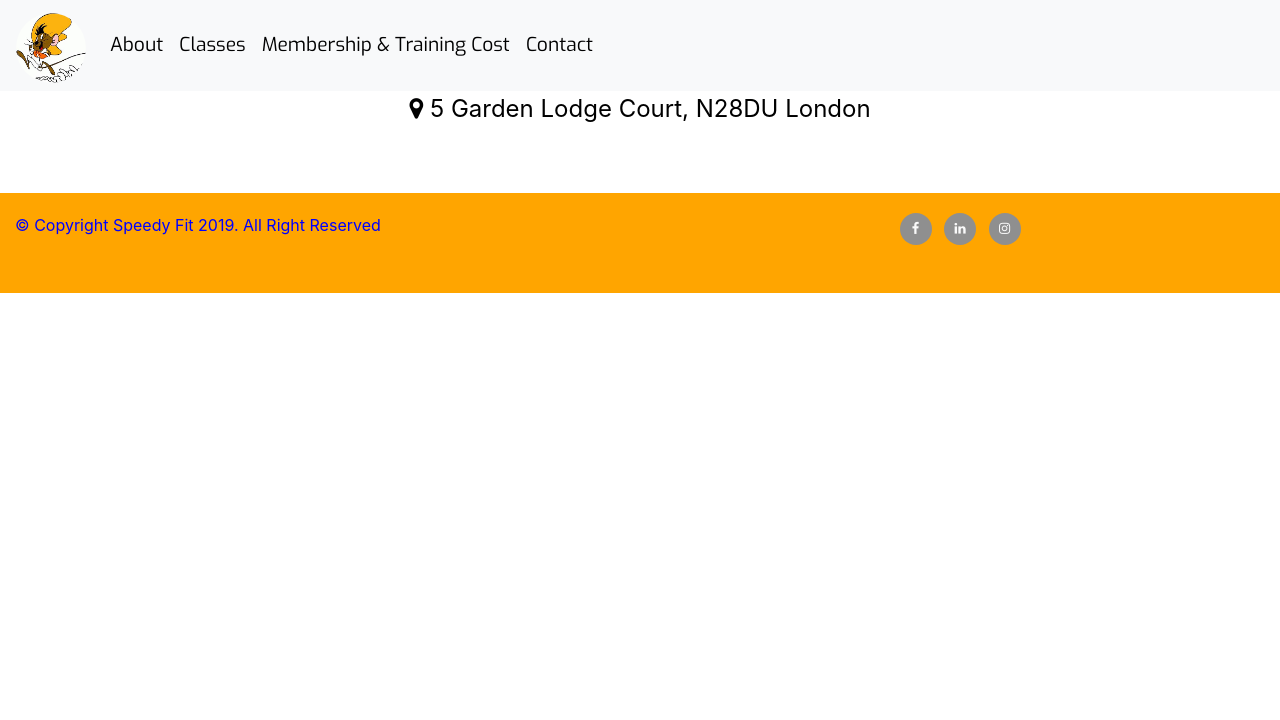
Repository: marcomoreschi/Milestrone-project
Page: classes.html
The author's editor kept a record of every edit. The page is drawn from the files as they stood at one moment, then again after the next edit.
The browser window is 1280 px wide. The pictures show the whole page.
Some web libraries are served in a nearby version.

Above is the page before.

### classes.html
<!DOCTYPE html>
<html lang="en">

<head>
    <meta charset="UTF-8">
    <meta name="viewport" content="width=device-width, initial-scale=1.0">
    <meta http-equiv="X-UA-Compatible" content="ie=edge">
    <link rel="stylesheet" href="https://maxcdn.bootstrapcdn.com/bootstrap/4.2.1/css/bootstrap.min.css" type="text/css" />
    <link rel="stylesheet" href="https://maxcdn.bootstrapcdn.com/font-awesome/4.7.0/css/font-awesome.min.css" type="text/css" />
    <link rel="stylesheet" href="https://cdnjs.cloudflare.com/ajax/libs/hover.css/2.1.1/css/hover-min.css" type="text/css" />
    <link rel="stylesheet" href="assets/css/style.css">
    <title>Speedy Fit</title>
</head>

<body>

    <header>

        <nav class="navbar navbar-expand-lg navbar-light bg-light">
            <a class="navbar-brand" href="index.html">
      <img src="assets/images/logo.jpg"></img>
        </a>
            <button class="navbar-toggler" type="button" data-toggle="collapse" data-target="#navbarNavDropdown" aria-controls="navbarNavDropdown" aria-expanded="false" aria-label="Toggle navigation">
    <span class="navbar-toggler-icon"></span>
  </button>
            <div class="collapse navbar-collapse" id="navbarNavDropdown">
                <ul class="navbar-nav">
                    <li class="nav-item active">
                        <a class="nav-link" href="index.html">About<span class="sr-only">(current)</span></a>
                    </li>
                    <li class="nav-item">
                        <a class="nav-link" href="classes.html">Classes</a>
                    </li>
                    <li class="nav-item">
                        <a class="nav-link" href="membership&trainingcost.html">Membership & Training Cost</a>
                    </li>
                    <li class="nav-item">
                        <a class="nav-link" href="contact.html">Contact</a>
                    </li>
                </ul>
            </div>
        </nav>

    </header>

    <section class="container location-gym">
        <p> <i class="fa fa-map-marker" aria-hidden="true"></i> 5 Garden Lodge Court, N28DU London</p>
 </section>


  </section>


    <footer class="container-fluid ">
        <div id="footer-details " class="row ">
            <div class="col-sm-6 ">
                <p class="copyright">&#169; Copyright Speedy Fit 2019. All Right Reserved</p>
            </div>
            <div class="col-sm-6 ">
                <ul class="list-inline social-links ">
                    <li class="list-inline-item ">
                        <a target="_blank " href="# ">
                            <i class="fa fa-facebook " aria-hidden="true "></i>
                            <span class="sr-only ">Facebook</span>
                        </a>
                    </li>
                    <li class="list-inline-item ">
                        <a target="_blank " href="#">
                            <i class="fa fa-linkedin " aria-hidden="true "></i>
                            <span class="sr-only ">LinkedIn</span>
                        </a>
                    </li>
                    <li class="list-inline-item ">
                        <a target="_blank " href="# ">
                            <i class="fa fa-instagram " aria-hidden="true "></i>
                            <span class="sr-only ">Instagram</span>
                        </a>
                    </li>
                </ul>
            </div>
        </div>
        </div>
        </div>
    </footer>


    <!-- Bootstraps Link -->
<script src="https://code.jquery.com/jquery-3.3.1.slim.min.js" integrity="sha384-q8i/X+965DzO0rT7abK41JStQIAqVgRVzpbzo5smXKp4YfRvH+8abtTE1Pi6jizo" crossorigin="anonymous"></script>
<script src="https://cdnjs.cloudflare.com/ajax/libs/popper.js/1.14.6/umd/popper.min.js" integrity="sha384-wHAiFfRlMFy6i5SRaxvfOCifBUQy1xHdJ/yoi7FRNXMRBu5WHdZYu1hA6ZOblgut" crossorigin="anonymous"></script>
<script src="https://stackpath.bootstrapcdn.com/bootstrap/4.2.1/js/bootstrap.min.js" integrity="sha384-B0UglyR+jN6CkvvICOB2joaf5I4l3gm9GU6Hc1og6Ls7i6U/mkkaduKaBhlAXv9k" crossorigin="anonymous"></script>

</body>

</html>

### assets/css/style.css
@import url('https://fonts.googleapis.com/css?family=Roboto:100,200,300,400,500,600,700|Exo:100,200,300,400,500,600,700');


/* -----------------------------------------Heading */

.navbar {
    margin-bottom: 0;
    border: 0;
    background-color: black;
    text-align: center;
}

.navbar-brand {
    height: 75px;
}

.navbar-brand img {
    width: 70px;
    height: 70px;
    border-radius: 50%;
}

.nav-item a {
    font-size: 1.2em;
    font-family: 'Exo', sans-serif;
    color: black !important;
}

.navbar ul li a:hover {
    color: #ffa500 !important;
    transition: all 0.35s ease-in-out;
    -moz-transition: all 0.35s ease-in-out;
    -webkit-transition: all 0.35s ease-in-out;
    -o-transition: all 0.35s ease-in-out;
}

/* -----------------------------------------About */

.rope {
    width: 100%;
    height: 600px;
}

.container h2 {
    text-align: center;
    padding-top: 30px;
    color: #000;
    text-transform: uppercase;
}

.container p {
    text-align: center;
    padding-bottom: 50px;
    color: #000;
    font-size: 1.5em;
}
/* -----------------------------------------Contact Form */


.container-fluid h3 {
    text-transform: uppercase;
    font-weight: bold;
    text-align: center;
}
.contact-heading {
    font-family: "Exo", sans-serif;
    font-weight: 300;
    margin-top: 25px;
    margin-bottom: 20px;
}

.center-form {
    padding-top: 20px;
    margin: 0 auto;
    max-width: 70%;
}

button[type="submit"] {
    margin-top: 15px;
    margin-bottom: 20px;
    color: #fafafa;
    background-color: #ffa500;
}

/* create media queries so it look good on mobilephone */
@media(min-width: 992px) {
    .center-form {
        padding-top: 30px;
        min-height: 240px;
        margin: 0 auto;
        max-width: 50%;
    }
}

/* -----------------------------------------Footer */

footer {
    background-color: #ffa500;
    color: #fafafa;
    min-height: 100px;
    margin: 0;
}

.social-links {
    padding-top: 20px;
    text-align: center;
}

.social-links li a i {
    width: 32px;
    height: 32px;
    padding: 12px 0;
    border-radius: 50%;
    font-size: 13px;
    line-height: 7px;
    text-align: center;
    color: #fafafa;
    background: #8f8f8f;
    transition: all 0.35s ease-in-out;
    -moz-transition: all 0.35s ease-in-out;
    -webkit-transition: all 0.35s ease-in-out;
    -o-transition: all 0.35s ease-in-out;
}

.social-links li a i:hover {
    background: #e84610;
}

.copyright {
    color: blue;
    padding-top: 20px;
}

After the next edit:
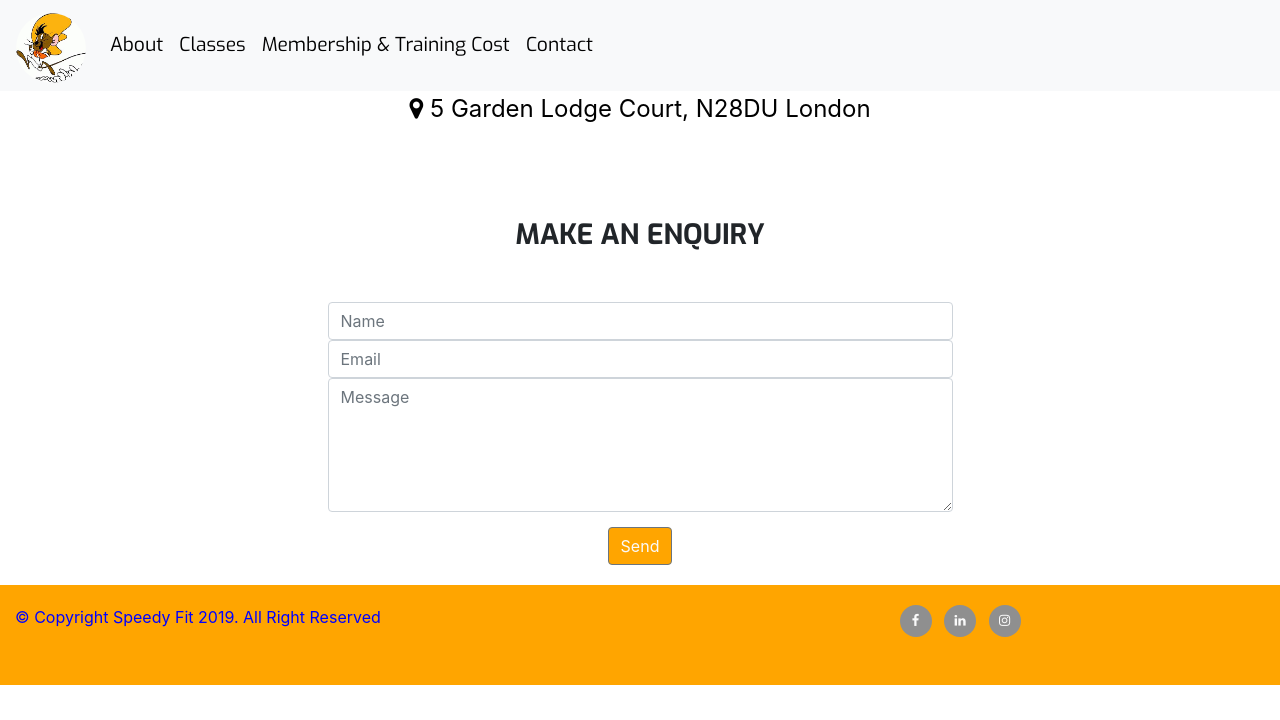
The edit:
--- a/classes.html
+++ b/classes.html
@@ -47,8 +47,28 @@
         <p> <i class="fa fa-map-marker" aria-hidden="true"></i> 5 Garden Lodge Court, N28DU London</p>
  </section>
 
+ </section>
+    <section class="container-fluid">
+        <div class="row bg-color-contact">
+            <div class="col">
+                <h3 class="contact-heading">Make an enquiry</h3>
 
-  </section>
+                <div class="center-form">
+                    <form>
+                        <input type="text" name="name" id="fullname" class="form-control" placeholder="Name" required />
+                        <input type="email" name="email" id="fullname" class="form-control" placeholder="Email" required />
+                        <textarea rows="5" type="email" name="message" id="message" class="form-control" placeholder="Message" required></textarea>
+                        <div class="form-row text-center">
+                            <div class="col">
+                                <button type="submit" class="btn btn-secondary">Send</button>
+                            </div>
+                        </div>
+                    </form>
+                </div>
+            </div>
+        </div>
+    </section>
+
 
 
     <footer class="container-fluid ">
